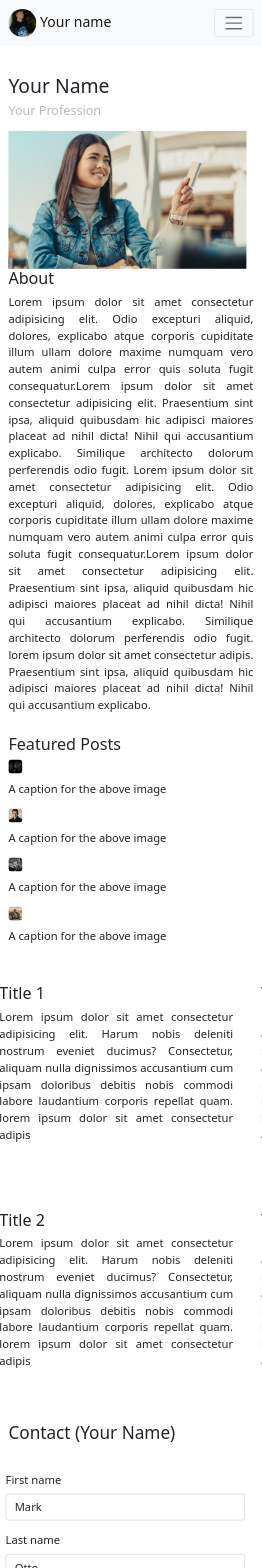
Repository: nvt01/72_1951061106_NgoVanTung
Page: BaiTh1/index.html
These files come from the project's save history. The page is drawn as it stood at one moment and after the next save; the edit follows.
The browser window is 374 px wide. The pictures show the part of the page from y = 0 to 2240 px (the page is 3699 px tall before and 3759 px after), at 70% of full size.

Above is the page before, as saved 2021-12-01 11:19:10.

After the next save:
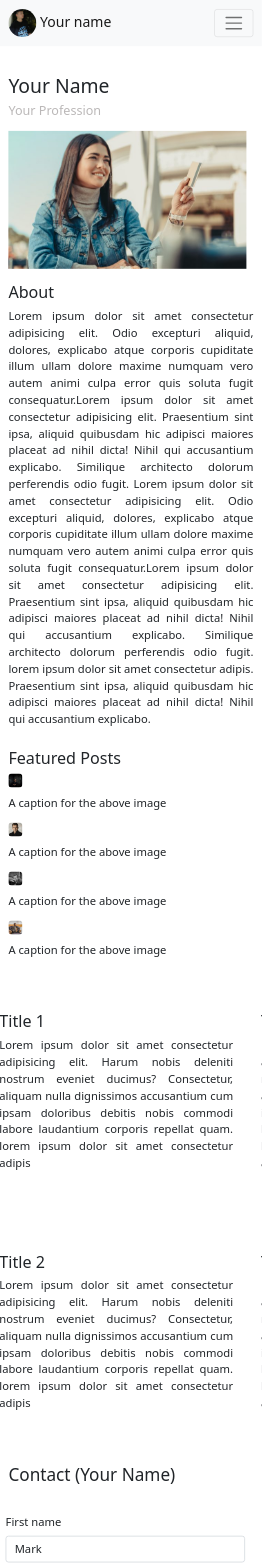
Saved 15 s later.
--- a/BaiTh1/style.css
+++ b/BaiTh1/style.css
@@ -96,5 +96,7 @@
         width: 20px;
         height: 20px;
     }
-
+    .content h3{
+        padding-top: 20px;
+    }
 }
